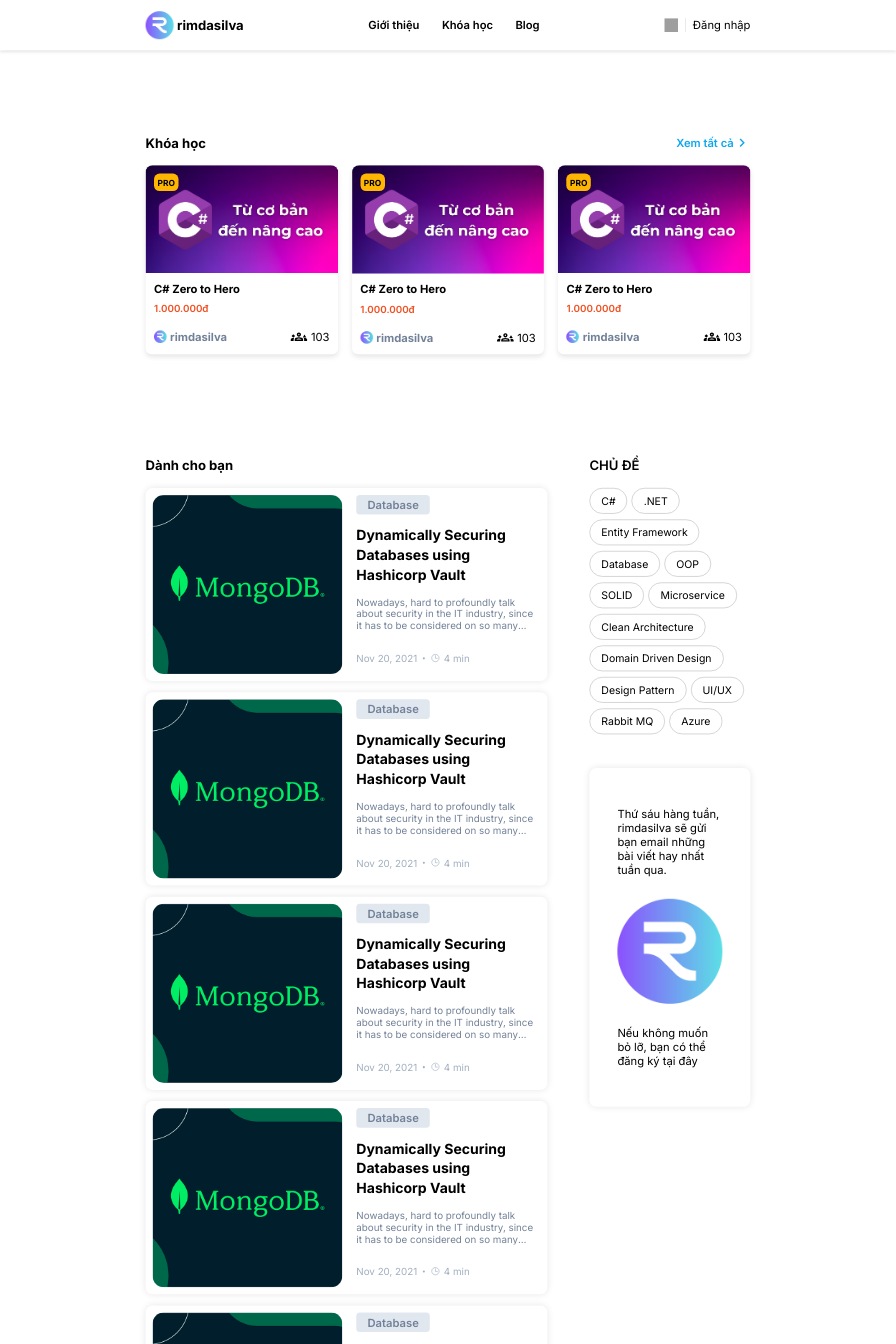
Repository: longblue2910/rimdasilva-blog-ui
Page: /
These files come from the project's save history. The page is drawn as it stood at one moment and after the next save; the edit follows.
The browser window is 1280 px wide. The pictures show the part of the page from y = 0 to 1920 px (the page is 2670 px tall before and 2862 px after), at 70% of full size.
Pictures or frames that could not be fetched are drawn as grey boxes. The page's requests for data from a server got no answer. The project was rebuilt for these pictures with package versions that can differ from the ones it lists, and the page was loaded fresh each time. The framework's server and built-in components were replaced by stand-ins that run in the browser. No one was signed in, and anything a server would have sent is missing. Also part of the build but not shown: next.config.js, src/components/notification/notification.module.css, src/components/notification/Notification.tsx.

Above is the page before, as saved 2024-08-05 22:50:14.

### src/app/layout.js
import Navbar from "@/components/navbar/Navbar";

import "./globals.css";
import Footer from "@/components/footer/Footer";
import { ThemeContextProvider } from "@/context/ThemeContext";
import ThemeProvider from "@/providers/ThemeProvider";
import { Inter, Noto_Sans } from "next/font/google";
import AuthProvider from "@/providers/AuthProvider";
import { ProgressProvider } from "@/context/ProgressContext";
import "@ionic/react/css/core.css"; // Import CSS chính của Ionic

import Head from "next/head";

const inter = Inter({
  subsets: ["vietnamese"],
  weight: ["300", "400", "500", "600", "700"], // Chỉ định các trọng lượng font mong muốn ở đây
});

export const metadata = {
  title: "Rimdasilva - EZ Coding",
  description: "Rimdasilva - EZ Coding",
  // icons: {
  //   icon: [
  //     {
  //       url: "/favicon.ico", // /public path
  //       href: "/favicon.ico", // /public path
  //     },
  //   ],
  // },
};

export default function RootLayout({ children }) {
  return (
    <html lang="en">
      <head>
        <link rel="icon" href="/favicon.ico" />
      </head>
      <body className={inter.className}>
        <AuthProvider>
          <ThemeContextProvider>
            <ThemeProvider>
              <ProgressProvider>
                <div className="container">
                  <div className="wrapper">
                    <Navbar />
                    {children}
                  </div>
                  <Footer />
                </div>
              </ProgressProvider>
            </ThemeProvider>
          </ThemeContextProvider>
        </AuthProvider>
      </body>
    </html>
  );
}

### src/app/page.jsx
import BlogCardList from "@/components/blogCardList/BlogCardList";
import styles from "./homepage.module.css";
import CardRectangleList from "@/components/cardRectangleList/CardRectangleList";
import Aside from "@/components/aside/Aside";

export default function Home({ searchParams }) {
  const page = parseInt(searchParams.page) || 1;

  return (
    <div className="section">
      <CardRectangleList title="Khóa học" size={3} isPremium={true} />
      <div className={styles.blog}>
        <BlogCardList />
        <Aside />
      </div>
    </div>
  );
}

### src/context/ThemeContext.jsx
"use client";

import { createContext, useEffect, useState } from "react";
import { ThemeProvider, createTheme } from "@mui/material/styles";

export const ThemeContext = createContext();

const getFromLocalStorage = () => {
  if (typeof window !== "undefined") {
    const value = localStorage.getItem("theme");
    return value || "light";
  }
};

export const ThemeContextProvider = ({ children }) => {
  const [theme, setTheme] = useState(() => {
    return getFromLocalStorage();
  });

  const toggle = () => {
    setTheme((prevTheme) => (prevTheme === "light" ? "dark" : "light"));
  };

  useEffect(() => {
    localStorage.setItem("theme", theme);
  }, [theme]);

  const muiTheme = createTheme({
    palette: {
      mode: theme,
    },
  });

  return (
    <ThemeProvider theme={muiTheme}>
      <ThemeContext.Provider value={{ theme, toggle }}>
        {children}
      </ThemeContext.Provider>
    </ThemeProvider>
  );
};

### src/context/ProgressContext.tsx
"use client";

// ProgressContext.tsx
import React, { createContext, useState, useContext, ReactNode } from "react";

interface ProgressContextProps {
  isNavigating: boolean;
  startNavigation: () => void;
}

const ProgressContext = createContext<ProgressContextProps | undefined>(
  undefined
);

export const ProgressProvider: React.FC<{ children: ReactNode }> = ({
  children,
}) => {
  const [isNavigating, setIsNavigating] = useState(false);

  const startNavigation = () => {
    setIsNavigating(true);
    setTimeout(() => setIsNavigating(false), 500); // Giả sử thời gian điều hướng là 500ms
  };

  return (
    <ProgressContext.Provider value={{ isNavigating, startNavigation }}>
      {children}
    </ProgressContext.Provider>
  );
};

export const useProgress = (): ProgressContextProps => {
  const context = useContext(ProgressContext);
  if (context === undefined) {
    throw new Error("useProgress must be used within a ProgressProvider");
  }
  return context;
};

### src/components/blogCardList/BlogCardList.tsx
import styles from "./blogCardList.module.css";
import BlogCard from "../blogCard/BlogCard";

const BlogCardList = () => {
  const renderBlogCards = () => {
    const cardRectangles = [];
    for (let i = 0; i < 5; i++) {
      cardRectangles.push(<BlogCard />);
    }
    return cardRectangles;
  };

  return (
    <div className="section">
      <div className={styles.cardListHeader}>
        <h3 className={styles.title}>Dành cho bạn</h3>
        {/* <Link href="/" className={`${styles.getAll} hover1`}>
          Xem tất cả
          <KeyboardArrowRightIcon />
        </Link> */}
      </div>
      <div className={styles.cardList}>{renderBlogCards()}</div>
    </div>
  );
};

export default BlogCardList;

### src/app/homepage.module.css
.content {
  display: flex;
  gap: 50px;
}

.blog {
  display: grid;
  grid-template-columns: 5fr 2fr;
  gap: 60px;
}

### src/components/cardRectangleList/CardRectangleList.tsx
import styles from "./cardList.module.css";
import CardRectangle from "../cardRectangle/CardRectangle";
import Link from "next/link";
import KeyboardArrowRightIcon from "@mui/icons-material/KeyboardArrowRight";

const CardRectangleList = ({ title, isPremium, size }) => {
  console.log(title);

  const renderCardRectangles = () => {
    const cardRectangles = [];
    for (let i = 0; i < size; i++) {
      cardRectangles.push(<CardRectangle isPremium={isPremium} />);
    }
    return cardRectangles;
  };

  return (
    <div className="section">
      <div className={styles.cardListHeader}>
        <h3 className={styles.title}>{title}</h3>
        <Link href="/" className={`${styles.getAll} hover1`}>
          Xem tất cả
          <KeyboardArrowRightIcon />
        </Link>
      </div>
      <div className={styles.cardList}>{renderCardRectangles()}</div>
    </div>
  );
};

export default CardRectangleList;

### src/components/aside/Aside.tsx
import Image from "next/image";
import Category from "../category/Category";
import styles from "./aside.module.css";

const Aside = () => {
  return (
    <div className="section">
      <div className={styles.topic}>
        <h3 className={styles.topicTitle}>Chủ đề</h3>
        <div className={styles.topicList}>
          <Category categoryName={"C#"} />
          <Category categoryName={".NET"} />
          <Category categoryName={"Entity Framework"} />
          <Category categoryName={"Database"} />
          <Category categoryName={"OOP"} />
          <Category categoryName={"SOLID"} />
          <Category categoryName={"Microservice"} />
          <Category categoryName={"Clean Architecture"} />
          <Category categoryName={"Domain Driven Design"} />
          <Category categoryName={"Design Pattern"} />
          <Category categoryName={"UI/UX"} />
          <Category categoryName={"Rabbit MQ"} />
          <Category categoryName={"Azure"} />
        </div>
      </div>
      <div className={styles.sidebar}>
        <p>
          Thứ sáu hàng tuần, rimdasilva sẽ gửi bạn email những bài viết hay nhất
          tuần qua.
        </p>
        <Image
          src="/logo.png"
          width={150}
          height={150}
          alt="Logo"
          objectFit="cover"
          loading="lazy"
        />
        <p>Nếu không muốn bỏ lỡ, bạn có thể đăng ký tại đây</p>
      </div>
    </div>
  );
};

export default Aside;

### src/components/themeToggle/ThemeToggle.jsx
"use client";

import React, { useContext } from "react";
import styles from "./themeToggle.module.css";
import Image from "next/image";
import { ThemeContext } from "@/context/ThemeContext";

const ThemeToggle = () => {
  const { toggle, theme } = useContext(ThemeContext);

  return (
    <div className={styles.container} onClick={toggle}>
      {theme === "dark" ? (
        <Image
          src="/sun.png"
          alt="moon"
          width={20}
          height={20}
          className="hover1"
        />
      ) : (
        <Image
          src="/sleep-mode_4906399.png"
          alt="moon"
          width={20}
          height={20}
          className="hover1"
        />
      )}
      <span className={styles.themeFill}></span>
    </div>
  );
};

export default ThemeToggle;

### src/components/progressBar/ProgressBar.tsx
// ProgressBar.tsx
import React from "react";
import styles from "./progressBar.module.css";

interface ProgressBarProps {
  isVisible: boolean;
}

const ProgressBar: React.FC<ProgressBarProps> = ({ isVisible }) => {
  return (
    <div
      className={`${styles.progressBar} ${isVisible ? styles.visible : ""}`}
    ></div>
  );
};

export default ProgressBar;

### src/components/footer/footer.module.css
.footer {
  padding-inline: 20px;
  /* border-radius: var(--radius-48); */
  color: var(--text-wild-blue-yonder);
  width: 100%;
  box-shadow: 0 -4px 6px rgba(0, 0, 0, 0.1);
  margin-top: 100px;
  background-color: var(--bg-oxford-blue-2);
  bottom: 0;
}

.footer h3 {
  color: var(--text-wild-blue-yonder);
}

.footerTop {
  display: grid;
  grid-template-columns: repeat(4, 1fr);
  grid-gap: 40px;
  padding-inline: 120px;
  padding-block: 40px;
}

.footerText {
  color: var(--footerText);
  line-height: var(--lineHeight-1);
  margin-block: 8px;
  font-size: 14px;
}

.logo {
  display: flex;
  align-items: center;
}

.logoText {
  color: #38b6ff;
}

.logoImg {
  background-color: var(--bg); /* Đảm bảo không có nền */
}

.footerBrand .footerListTitle {
  margin-block-end: 2px;
}

.footerListTitle {
  color: var(--textColor);
  font-size: var(--fontSize-7);
  margin-block-end: 30px;
}

.footerLink {
  padding-bottom: 12px;
}

.footer ion-icon {
  position: absolute;
  top: 50%;
  left: 0;
  transform: translateY(-50%);
  --ionicon-stroke-width: 40px;
}

.footerBottom {
  border-block-start: 1px solid var(--border-prussian-blue);
  padding-block: 20px;
  padding-inline: 120px;
}

.footerBottomContainer {
  display: flex;
  align-items: center;
  justify-content: space-between;
}

.copyright {
  margin-block-end: 10px;
}

.social {
  display: flex;
  gap: 7px;
  align-items: center;
}

@media screen and (max-width: 1280px) {
  .footerTop {
    padding-inline: 60px;
  }
}

@media screen and (max-width: 1024px) {
  .footer {
    margin-top: 20px;
  }

  .footerTop {
    padding-inline: 15px;
  }
}

@media screen and (max-width: 768px) {
  .footerTop {
    grid-template-columns: repeat(1, 1fr);
    gap: 20px;
  }
}

### src/components/blogCardList/blogCardList.module.css
.cardList {
  margin-top: 20px;
}

### src/components/blogCard/BlogCard.tsx
"use client";

import Image from "next/image";
import styles from "./blogCard.module.css";
import Link from "next/link";
import { IonIcon } from "@ionic/react";
import { timeOutline } from "ionicons/icons";

const BlogCard = () => {
  return (
    <div className={`${styles.blogCard} hover3`}>
      <div className={styles.cardBanner}>
        <Image
          src="/blog1.png"
          layout="fill"
          objectFit="cover"
          loading="lazy"
          alt="Blog Image"
        />
      </div>
      <div className={styles.cardContent}>
        <button className={styles.blogTopic}>Database</button>
        <h3 className={`${styles.title} hover4`}>
          <Link href="/">
            Dynamically Securing Databases using Hashicorp Vault
          </Link>
        </h3>
        <p className={styles.blogText}>
          Nowadays, hard to profoundly talk about security in the IT industry,
          since it has to be considered on so many different levels: from
          securing code chunks, securing containers, up to securing complex
          infrastructures and defining strong authorization and authentication
          policies across the enterprise. Nowadays, hard to profoundly talk
          about security in the IT industry, since it has to be considered on so
          many different levels: from securing code chunks, securing containers,
          up to securing complex infrastructures and defining strong
          authorization and authentication policies across the enterprise.
        </p>

        <div className={styles.wrapperFlex}>
          {/* <div className={styles.profileWrapper}>
            <Image
              src="/logo.png"
              alt="Author"
              className={styles.imgAuth}
              loading="lazy"
              width={50}
              height={50}
              layout="responsive"
            />
          </div> */}

          <div className={`${styles.wrapper}`}>
            {/* <h4 className="hover4">
              <Link href="#">rimdasilva</Link>
            </h4> */}

            <p className={styles.textSm}>
              <time>Nov 20, 2021</time>
              <span className={styles.separator}></span>
              <IonIcon icon={timeOutline} />
              <time>4 min</time>
            </p>
          </div>
        </div>
      </div>
    </div>
  );
};

export default BlogCard;

### src/components/cardRectangleList/cardList.module.css
.cardList {
  display: grid;
  grid-template-columns: repeat(4, 1fr);
  gap: 20px;
  margin-top: 20px;
}

.cardListHeader {
  display: flex;
  align-items: center;
  justify-content: space-between;
}

.getAll {
  color: var(--bg-carolina-blue);
  font-weight: 600;
  display: flex;
  align-items: center;
}

/* Responsive styles */
@media (max-width: 1280px) {
  .cardList {
    grid-template-columns: repeat(3, 1fr);
  }
}

  /* @media (max-width: 1024px) {
    .cardList {
      grid-template-columns: repeat(3, 1fr);
    }
  } */

@media (max-width: 768px) {
  .cardList {
    grid-template-columns: repeat(2, 1fr);
  }
}

@media (max-width: 576px) {
  .cardList {
    grid-template-columns: 1fr;
  }
}

### src/components/cardRectangle/CardRectangle.tsx
import Image from "next/image";
import styles from "./cardRectangle.module.css";
import Link from "next/link";
import Groups3OutlinedIcon from "@mui/icons-material/Groups3Outlined";

const CardRectangle = ({ isPremium }) => {
  return (
    <div className={`${styles.card}`}>
      <Link href="/" className={styles.imgContainer}>
        <Image
          src="/csharp-post.jpeg"
          width={300}
          height={180}
          objectFit="cover"
          alt="C# Post"
          className={styles.cardImg}
        />
      </Link>

      <div className={styles.cardContent}>
        <h3 className={`${styles.title} hover1`}>
          <Link href="/">C# Zero to Hero</Link>
        </h3>
        <div className={styles.cardTag}>
          <span style={{ color: "#f05123", fontWeight: 600 }}>1.000.000đ</span>
        </div>
        <div className={styles.cardBottom}>
          <div className={styles.infoAuthor}>
            <Image
              src="/logo.png"
              width={18}
              height={18}
              alt="author"
              objectFit="cover"
            />
            <h4 className={styles.authorText}>rimdasilva</h4>
          </div>

          <div className={styles.infoCourse}>
            <Groups3OutlinedIcon />
            <span>103</span>
          </div>
        </div>
        {isPremium && (
          <div className={styles.proCourse}>
            <span>PRO</span>
          </div>
        )}
      </div>
    </div>
  );
};

export default CardRectangle;

### src/components/category/Category.tsx
"use client";

import styles from "./category.module.css";
import { IonIcon } from "@ionic/react";
import { serverOutline } from "ionicons/icons"; // Import icon bạn muốn sử dụng
import Link from "next/link";

const Category = ({ categoryName }) => {
  return (
    <div className={styles.categoryBtn}>
      <Link href="/">{categoryName}</Link>
    </div>
  );
};

export default Category;

### src/components/aside/aside.module.css
.topicList {
  display: flex;
  flex-wrap: wrap;
  margin-top: 20px;
}

.topicTitle {
  font-weight: 600;
  text-transform: uppercase;
}

.sidebar {
  margin-top: 40px;
  display: flex;
  flex-direction: column;
  align-items: center;
  gap: 15px;
  background: var(--background-primary);
  border-radius: 10px;
  padding: 40px;
  box-shadow: 0 0 10px rgba(0, 0, 0, 0.1);
}

### src/components/themeToggle/themeToggle.module.css
.container {
  display: flex;
  cursor: pointer;
  align-items: center;
}

/* 31:06 */

### src/components/authLinks/authLinks.module.css
.links {
  cursor: pointer;
}

.burger {
  width: 18px;
  height: 12px;
  flex-direction: column;
  justify-content: space-between;
  cursor: pointer;
  display: none;
}

.line {
  width: 100%;
  height: 2px;
  background-color: var(--textColor);
}

.reponsiveMenu {
  position: absolute;
  top: 50px;
  left: 0;
  background-color: var(--bg);
  height: calc(110vh - 100px);
  width: 100%;
  display: flex;
  flex-direction: column;
  align-items: center;
  justify-content: center;
  gap: 50px;
  font-size: 36px;
  z-index: 1;
}

@media screen and (max-width: 640px) {
  /* .burger {
    display: flex;
  } */

  .link {
    display: none;
  }
}

@media screen and (max-width: 390px) {
  .loginLink {
    font-size: 14px;
  }
}

### src/components/progressBar/progressBar.module.css
/* progressBar.module.css */

.progressBar {
  position: fixed;
  top: 0;
  left: 0;
  height: 4px;
  width: 100%;
  background-color: transparent;
  transform: translateX(-100%);
  transition: transform 0.4s ease-out;
}

.progressBar.visible {
  transform: translateX(0);
  background-color: var(
    --bg-carolina-blue
  ); /* Màu của thanh chạy, có thể thay đổi theo biến của bạn */
}

### src/components/blogCard/blogCard.module.css
.blogCard {
  background: var(--background-primary);
  padding: 10px;
  margin-bottom: 1rem;
  border-radius: 10px;
  box-shadow: 0 0 10px rgba(0, 0, 0, 0.1);
  transition: 0.25s ease;

  display: grid;
  grid-template-columns: 3fr 4fr;
  gap: 20px;
  cursor: pointer;
}
.h4 {
  color: var(--foreground-secondary);
}

.cardBanner {
  display: flex;
  border-radius: var(--radius-16);
  transition: var(--transition-1);
  position: relative;
  height: auto;
  min-width: 271px;
  overflow: hidden;
}

.blogTopic {
  background: var(--action-primary);
  color: var(--foreground-secondary);
  font-weight: 600;
  padding: 0.25rem 1rem;
  border-radius: 5px;
  margin-bottom: 1rem;
}

.blogTopic:hover {
  background: var(--foreground-secondary);
  color: var(--action-secondary);
}

.title {
  line-height: 1.4;
  margin-bottom: 1rem;
  font-size: var(--fs-3);
  font-weight: 700;
}

.blogText {
  color: var(--foreground-secondary);
  font-size: var(--fs-4);
  display: -webkit-box;
  line-clamp: 3;
  -webkit-line-clamp: 3;
  -webkit-box-orient: vertical;
  overflow: hidden;
  margin-bottom: 1rem;
}

.wrapperFlex {
  display: flex;
  justify-content: start;
  align-items: center;
  gap: 10px;
}

.profileWrapper {
  width: 56px;
  height: 56px;
  background: var(--action-primary);
  padding: 3px;
  border-radius: 50%;
}

.textSm {
  display: flex;
  align-items: center;
  gap: 5px;
  color: var(--foreground-tertiary);
  font-size: var(--fs-4);
}

.separator {
  background: var(--foreground-tertiary);
  margin-inline: 3px;
  margin: 0 3px;
  width: 3px;
  height: 3px;
  border-radius: 3px;
}

### src/components/category/category.module.css
.categoryBtn {
  border: 1px solid #c4c4c4;
  border-radius: 47px;
  padding: 0.5rem 1rem;
  margin-bottom: 8px;
  font-size: 15px;
  margin-right: 6px;
  background: var(--background-primary);
}

.categoryBtn:hover {
  background: var(--background-secondary);
}

### src/components/hero/hero.module.css
.heroGrid {
  display: grid;
  gap: 1.5rem;
  grid-template-columns: 116px repeat(2, 1fr);
  padding-top: 5.5rem;
  column-gap: 2rem;
  align-items: center;
}

.welcome {
  font-weight: 800;
  font-size: 3rem;
}

.rimdsv {
  background-image: var(--gradient-2);
  display: inline-block;
  -webkit-text-fill-color: transparent;
  -webkit-background-clip: text;
}
.homeHand {
  width: 38px;
  height: 38px;
  margin-left: 0.4rem;
}

.homeSocialIcon {
  font-size: 1.25rem;
}

.social {
  display: flex;
  align-items: center;
  flex-direction: column;
  gap: 20px;
}

.homeImg {
  background: url(../../../public/logo.png);
  background-repeat: no-repeat;
  background-position: center;
  background-size: cover;
  box-shadow: inset 0 0 0 9px rgb(255 255 255 / 30%);
  order: 1;
  justify-self: center;
  width: 300px;
  height: 300px;
  animation: profile__animate 8s ease-in-out infinite 1s;
}

@keyframes profile__animate {
  0% {
    border-radius: 60% 40% 30% 70%/60% 30% 70% 40%;
  }
  50% {
    border-radius: 30% 60% 70% 40%/50% 60% 30% 60%;
  }
  100% {
    border-radius: 60% 40% 30% 70%/60% 30% 70% 40%;
  }
}

.homeDescription {
  color: var(--foreground-secondary);
}

Loaded but not shown: src/providers/ThemeProvider.jsx (common file); src/providers/AuthProvider.jsx (common file); src/app/globals.css (409 lines, source omitted); src/components/hero/Hero.tsx (106 lines, source omitted); src/components/authLinks/AuthLink.tsx (154 lines, source omitted); src/components/navbar/Navbar.jsx (131 lines, source omitted); src/components/navbar/navbar.module.css (197 lines, source omitted); src/components/footer/Footer.jsx (95 lines, source omitted); src/components/cardRectangle/cardRectangle.module.css (161 lines, source omitted)

After the next save:
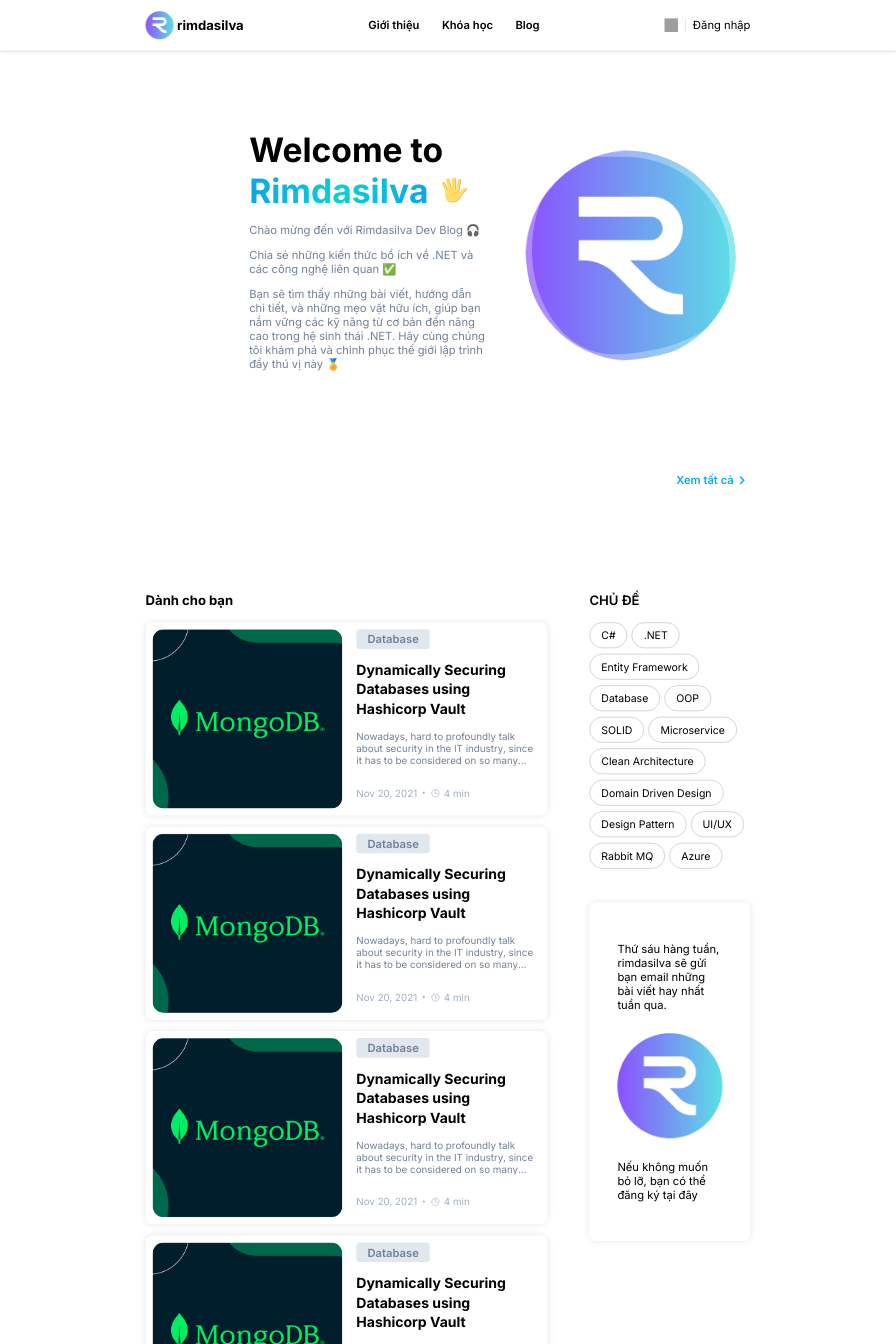
Saved 8 min 17 s later.
--- a/src/app/page.jsx
+++ b/src/app/page.jsx
@@ -2,13 +2,15 @@
 import styles from "./homepage.module.css";
 import CardRectangleList from "@/components/cardRectangleList/CardRectangleList";
 import Aside from "@/components/aside/Aside";
+import Hero from "@/components/hero/Hero";
 
 export default function Home({ searchParams }) {
   const page = parseInt(searchParams.page) || 1;
 
   return (
     <div className="section">
-      <CardRectangleList title="Khóa học" size={3} isPremium={true} />
+      <Hero />
+      <CardRectangleList />
       <div className={styles.blog}>
         <BlogCardList />
         <Aside />
